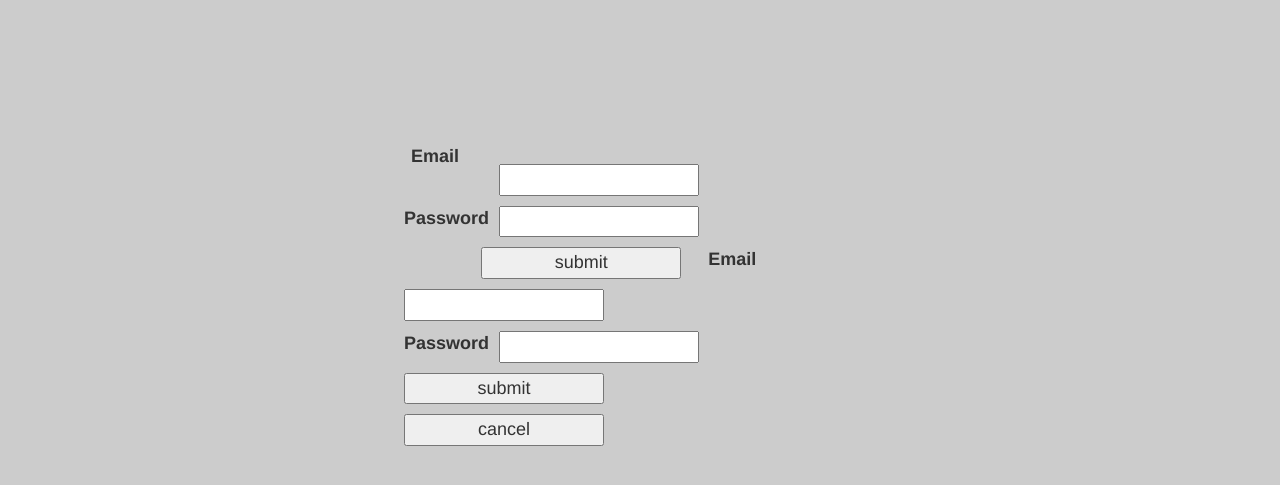
Repository: marijabroceta/ProjekatIB
Page: IB_Project_Shell/src/main/resources/static/index.html
The author's editor kept a copy of each file at every save. The page is drawn from the files as they stood at one save, then again after the next save.
The browser window is 1280 px wide. The pictures show the whole page.

Above is the page before, as saved 2018-07-01 00:17:21.

After the next save:
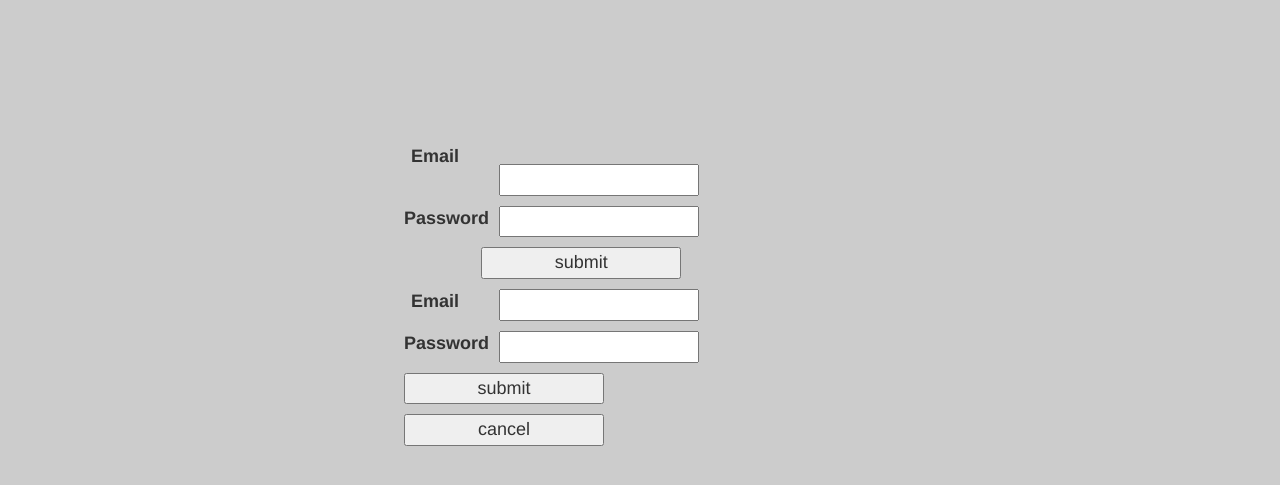
Saved 42 s later.
--- a/IB_Project_Shell/src/main/resources/static/index.html
+++ b/IB_Project_Shell/src/main/resources/static/index.html
@@ -23,7 +23,7 @@
 		 		<input type="text" id="email" name="email"><br>
 		 		<label for="password">Password</label>
 		 		<input type="password" id="password" name="password"><br>
-		 		<input type="submit" name="submit" id="submit" value="submit" class="button" />
+		 		<input type="submit" name="submit" id="submit" value="submit" class="button" /><br/>
 		    </form>
 		 </div>
 	    <div id="add_form">
